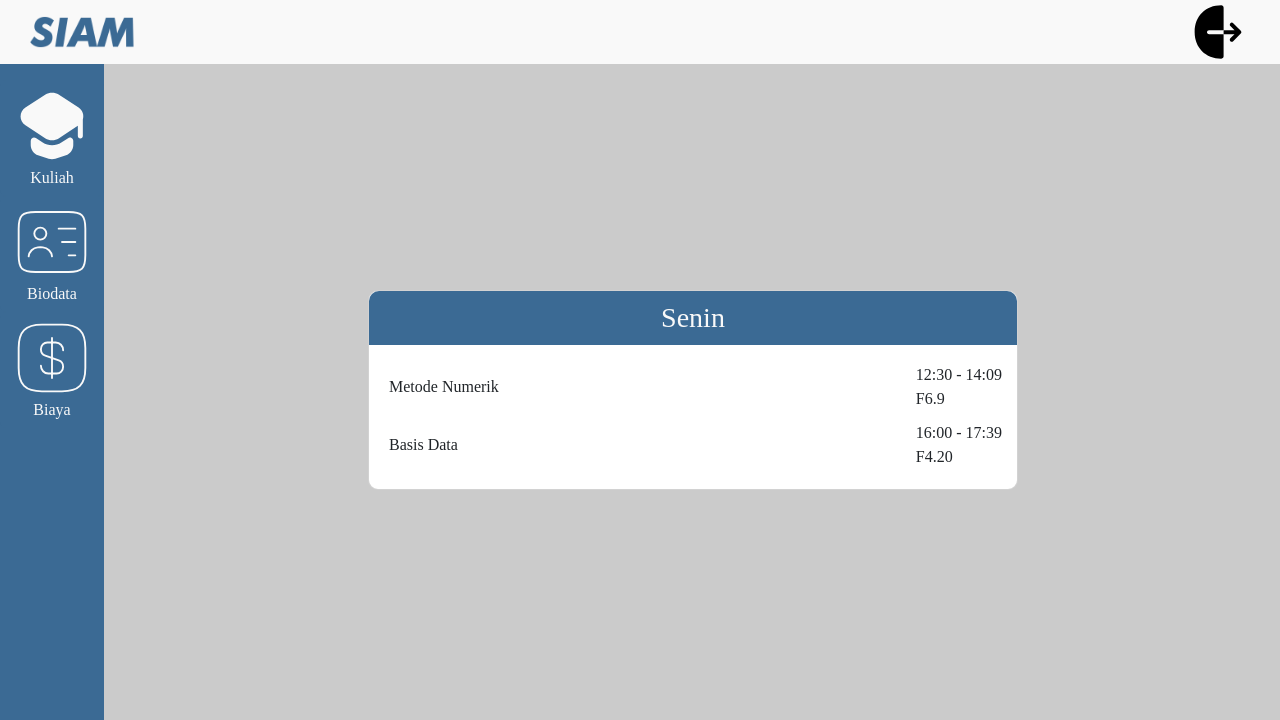
Repository: haikalirf/Project-IMK
Page: jadwal.html
These files come from the project's save history. The page is drawn as it stood at one moment and after the next save; the edit follows.
The browser window is 1280 px wide. The pictures show the whole page.
Some web fonts or font styles are not loaded; a fallback is used.

Above is the page before, as saved 2022-12-15 21:05:41.
Not found: scripts/.js

After the next save:
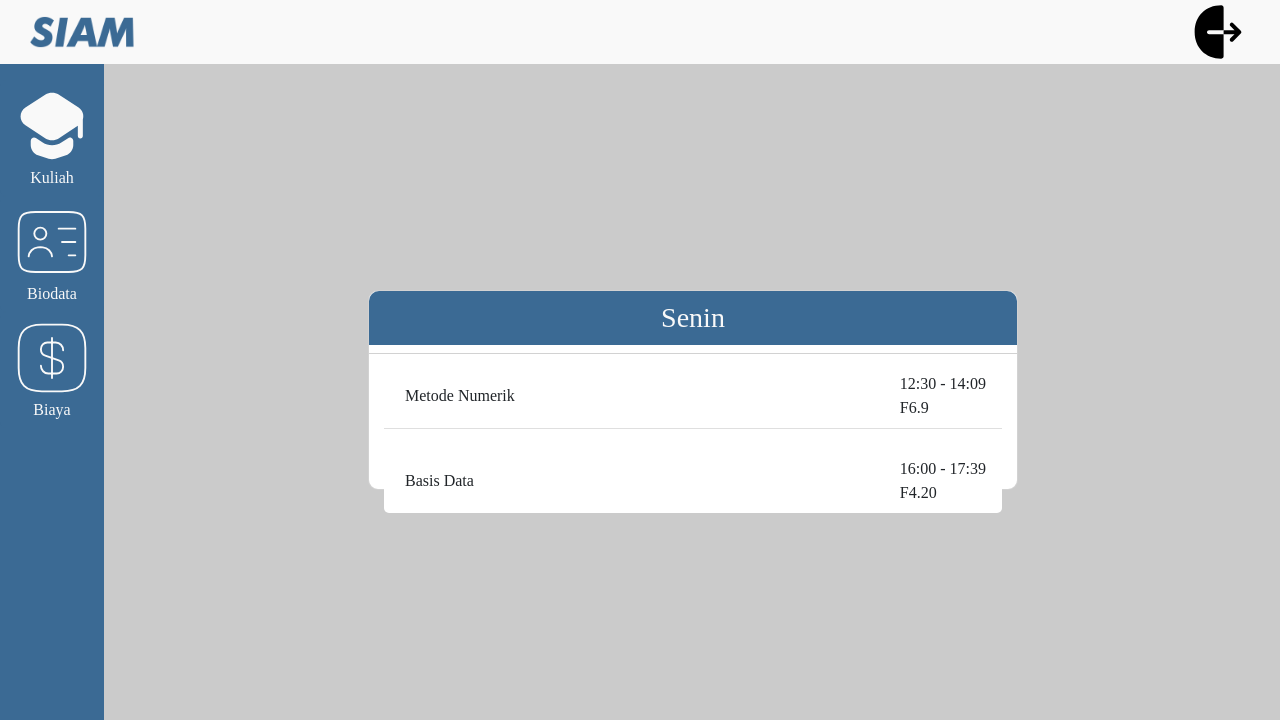
Saved 55 s later.
--- a/jadwal.html
+++ b/jadwal.html
@@ -37,7 +37,7 @@
 	<main>
 		<div class="card">
 			<h3>Senin</h3>
-			<ul class="list-group-flush">
+			<ul class="list-group list-group-flush">
 				<li class="list-group-item">
 					<p>Metode Numerik</p>
 					<div>

After the save that followed:
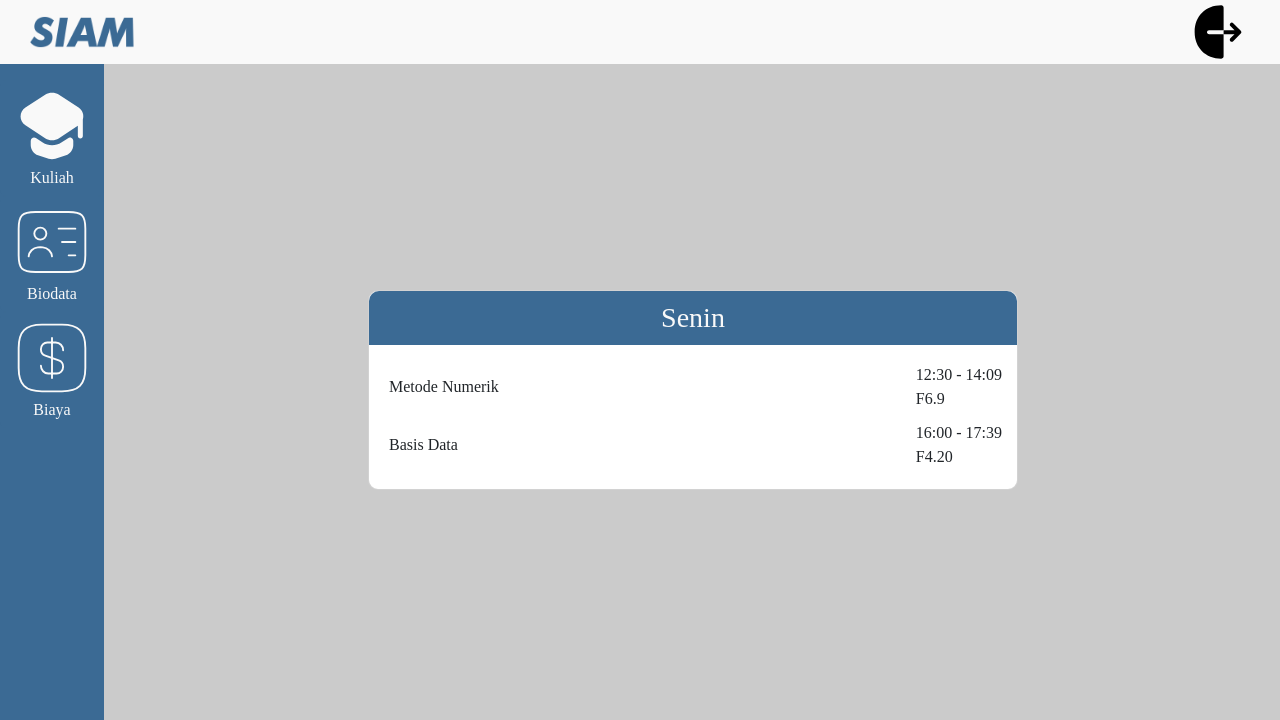
Saved 16 s later.
--- a/jadwal.html
+++ b/jadwal.html
@@ -37,7 +37,7 @@
 	<main>
 		<div class="card">
 			<h3>Senin</h3>
-			<ul class="list-group list-group-flush">
+			<ul class="list-group-flush">
 				<li class="list-group-item">
 					<p>Metode Numerik</p>
 					<div>
